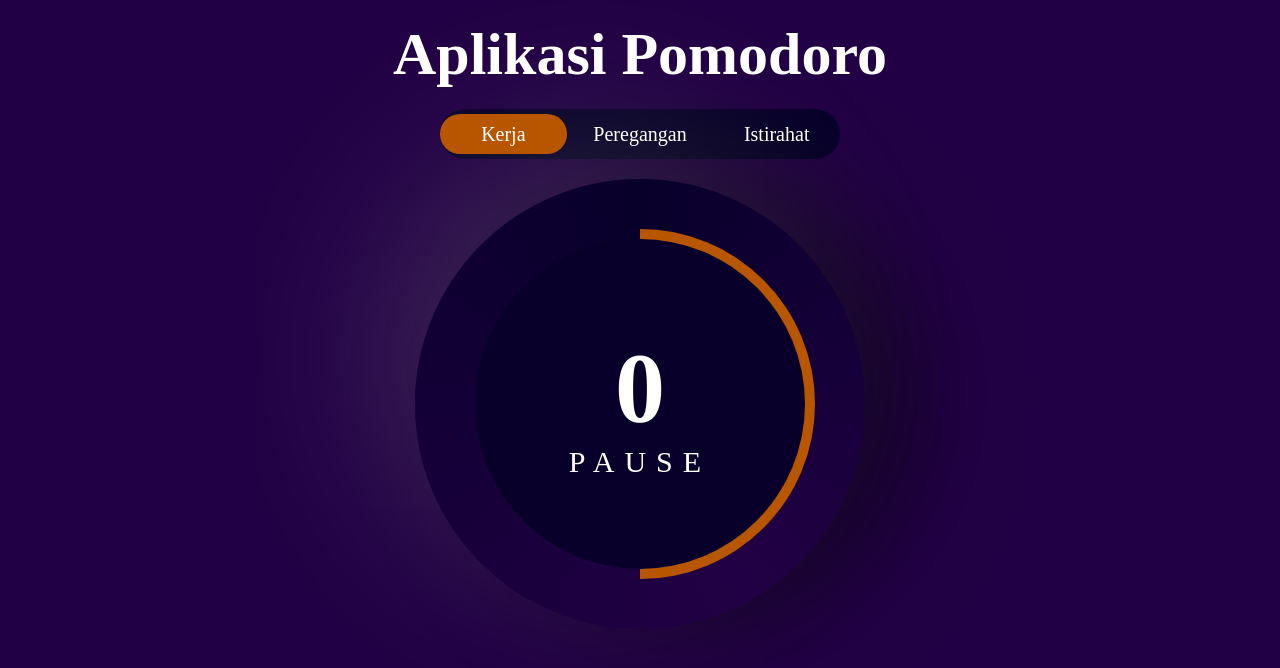
Repository: sellayspy/aplikasiPomodoro
Page: /
These files come from the project's save history. The page is drawn as it stood at one moment and after the next save; the edit follows.
The browser window is 1280 px wide. The pictures show the whole page.
The project was rebuilt for these pictures with package versions that can differ from the ones it lists, and the page was loaded fresh each time. Also part of the build but not shown: vite.config.js.

Above is the page before, as saved 2024-11-25 14:34:22.

After the next save:
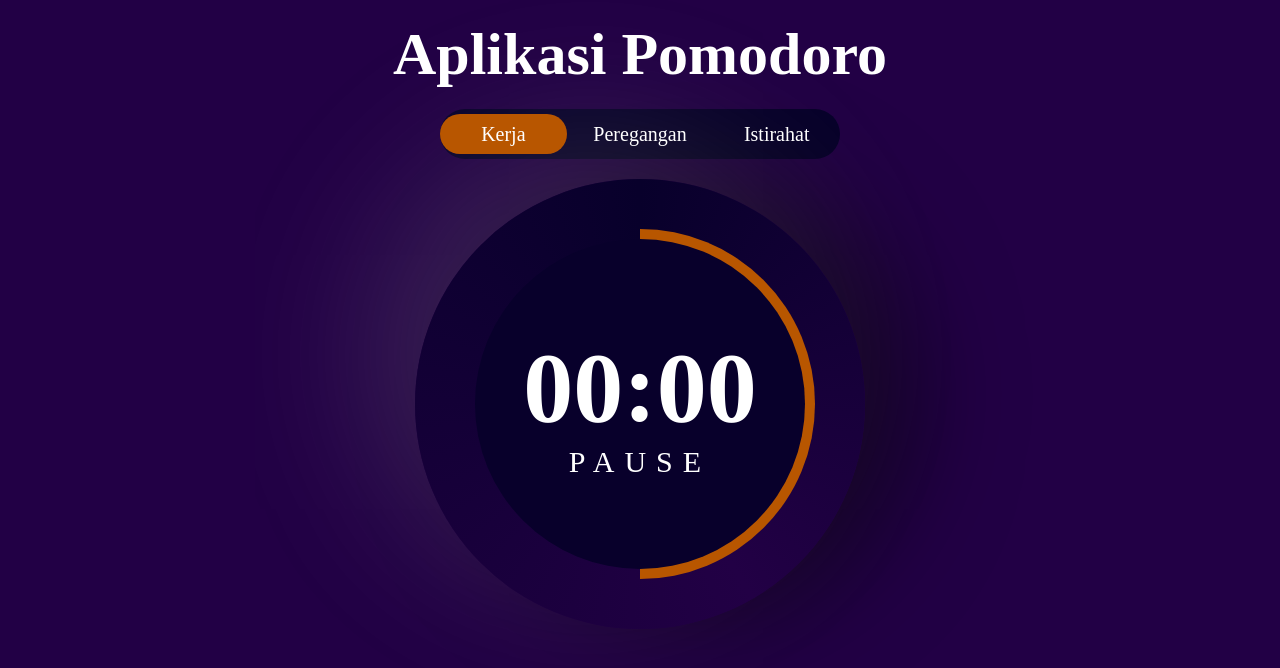
Saved 45 s later.
--- a/src/components/Waktu.jsx
+++ b/src/components/Waktu.jsx
@@ -21,7 +21,7 @@ const Waktu = () => {
 
   return (
     <ClockContainer>
-      <TimerText>{time}</TimerText>
+      <TimerText>{getTime(time)}</TimerText>
       <StartPauseButton>Pause</StartPauseButton>
     </ClockContainer>
   );
